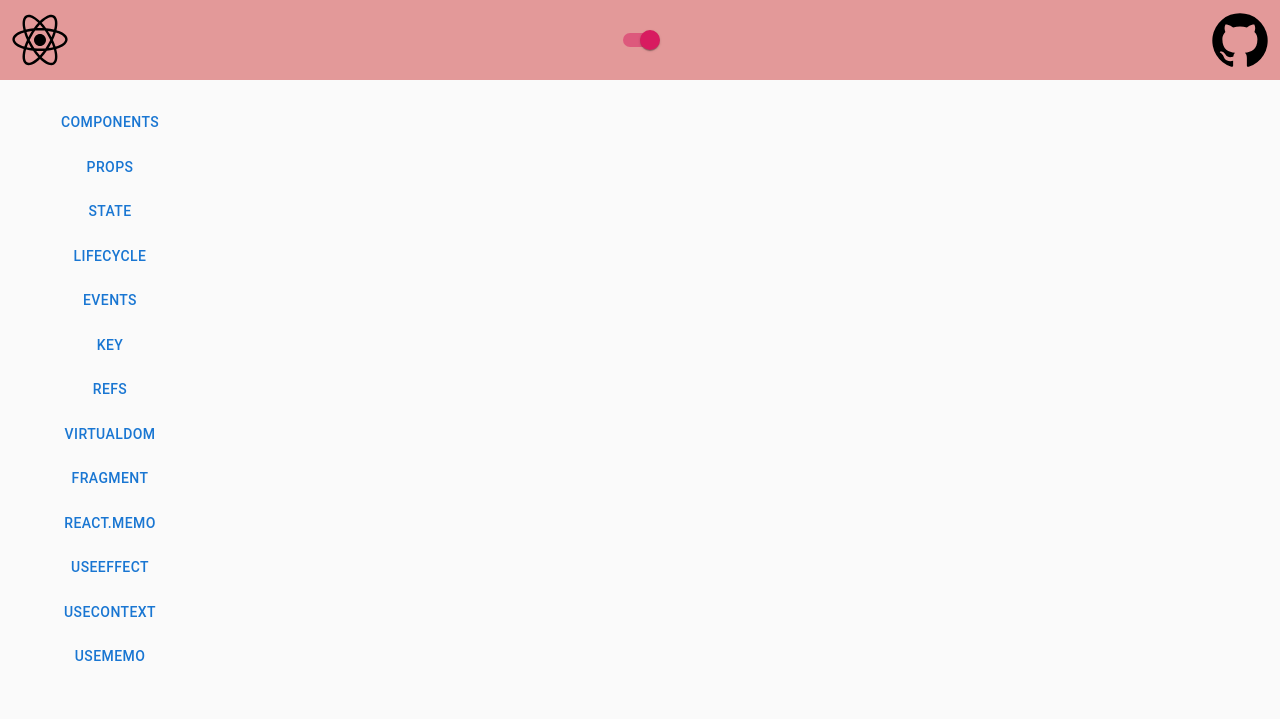
Repository: savannaaaas/reactDocumentation
Page: /topic
The author's editor kept a copy of each file at every save. The page is drawn from the files as they stood at one save, then again after the next save.
The browser window is 1280 px wide. The pictures show the whole page.
The project was rebuilt for these pictures with package versions that can differ from the ones it lists, and the page was loaded fresh each time. Also part of the build but not shown: vite.config.js, src/pages/welcomePage/WelcomeButton/WelcomeButton.jsx, src/pages/welcomePage/Content/ContentWelcome.jsx, src/pages/welcomePage/WelcomePage.jsx, src/pages/componentPage/ComponentPage.jsx.

Above is the page before, as saved 2025-07-18 20:21:41.

After the next save:
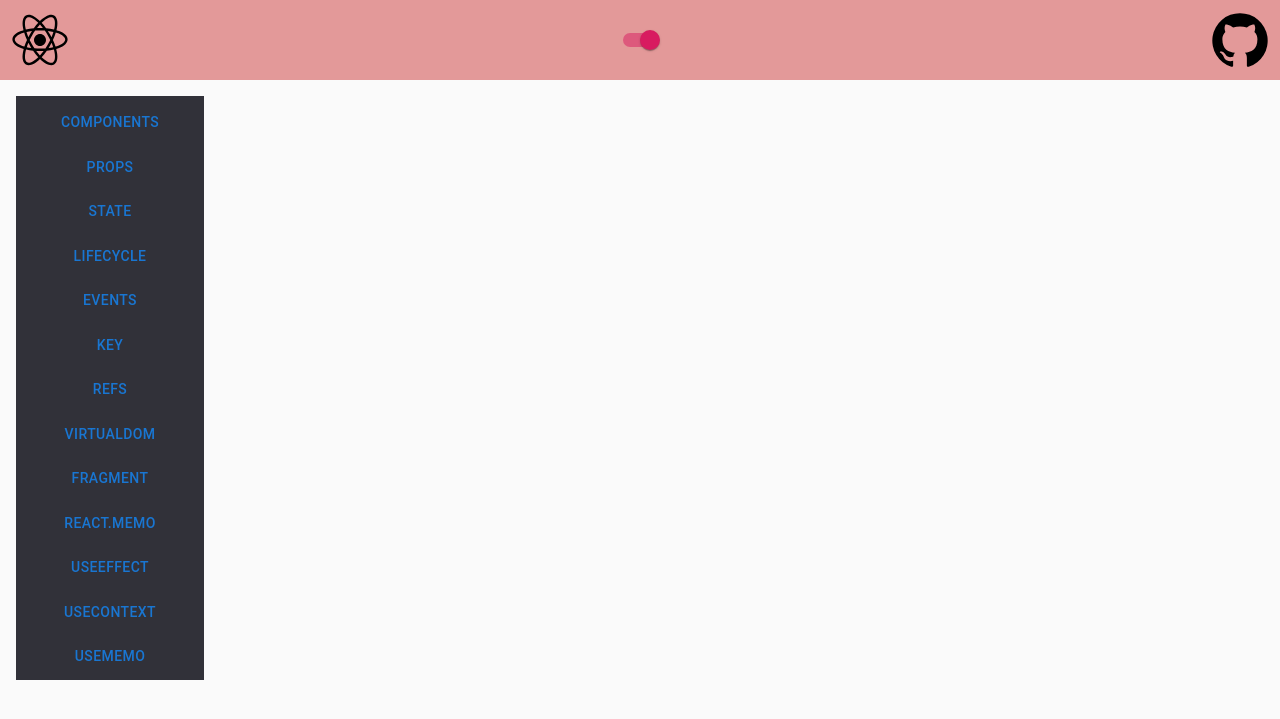
Saved 14 s later.
--- a/src/components/Navigation/Navigation.jsx
+++ b/src/components/Navigation/Navigation.jsx
@@ -1,5 +1,5 @@
 import { Button } from "../Button/Button";
-import "../../index.scss";
+import "./index.scss";
 import { Box, List, ListItem } from "@mui/material";
 import { NavLink } from "react-router";
 
